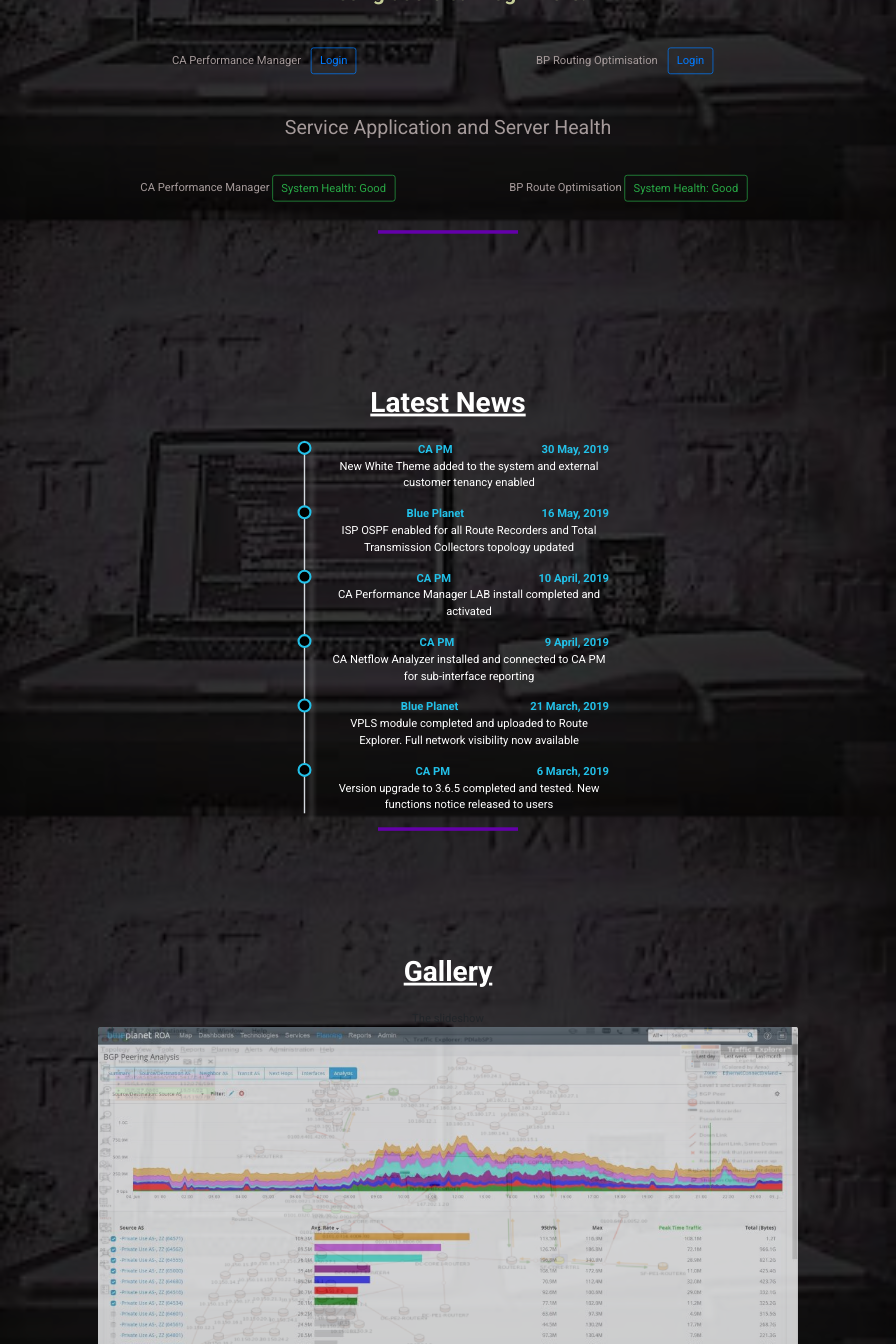
Repository: Mofarrell1967/Application-Manager
Page: index.html
The author's editor kept a record of every edit. The page is drawn from the files as they stood at one moment, then again after the next edit.
The browser window is 1280 px wide. The pictures show the part of the page from y = 537 to 2457 px (the page is 2812 px tall before and 2832 px after), at 70% of full size.
Backgrounds fixed to the window are drawn as part of the page. Some web libraries are served in a nearby version.

Above is the page before.

After the next edit:
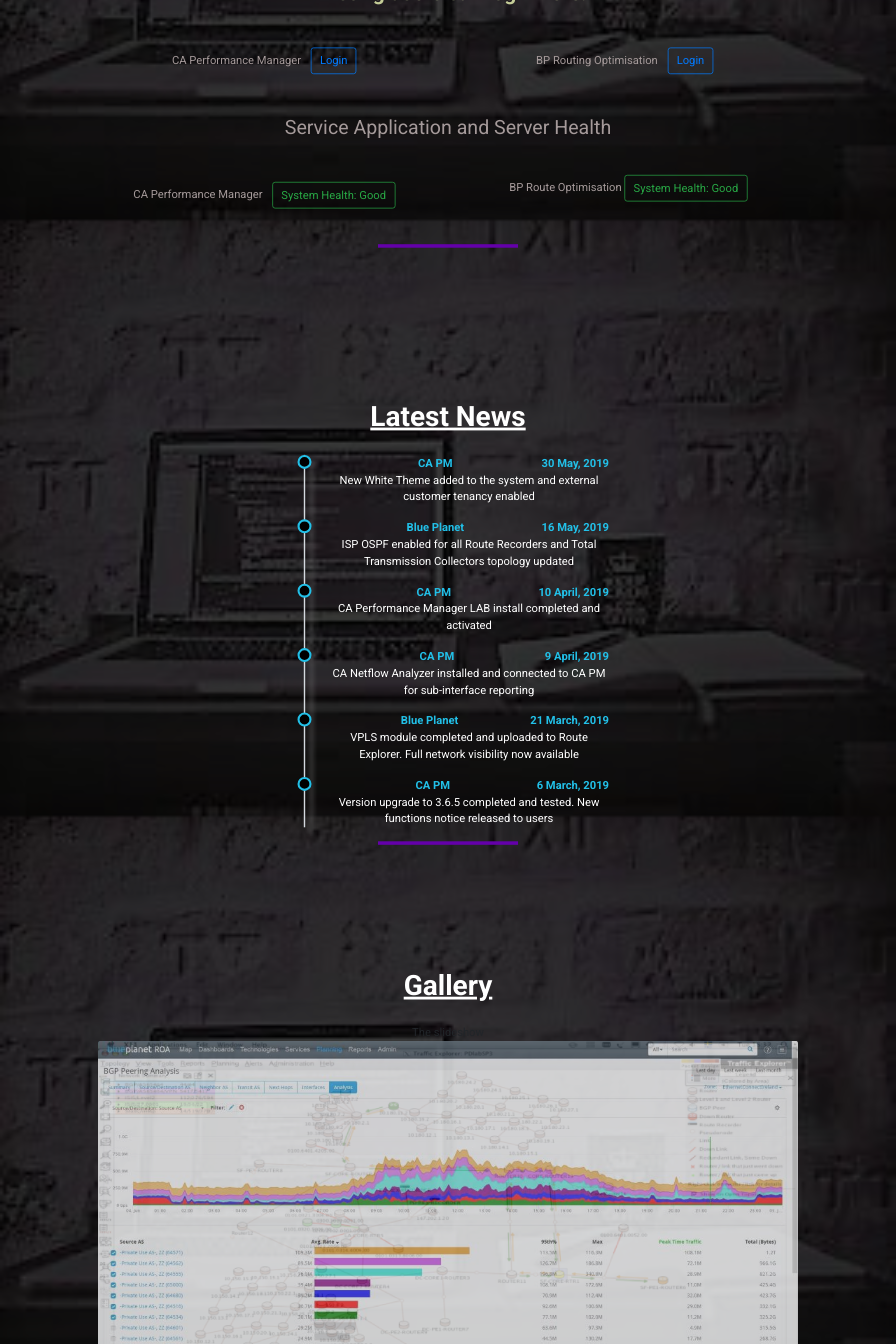
The edit:
--- a/index.html
+++ b/index.html
@@ -69,7 +69,7 @@
 
             <div class="form-group row">
               <div class="col-md-6">
-                <p class="main">CA Performance Manager <button type="button" class="btn btn-outline-success">System Health: Good</button>
+                <p class="main">CA Performance Manager <button type="button" class="btn btn-outline-success data-toggle="tooltip" title="Login is currently disabled until API is completed in next release" style="margin:10px;"">System Health: Good</button>
               </div>
               <div class="col-md-6">
                 <p class="main">BP Route Optimisation <button type="button" class="btn btn-outline-success">System Health: Good</button>
